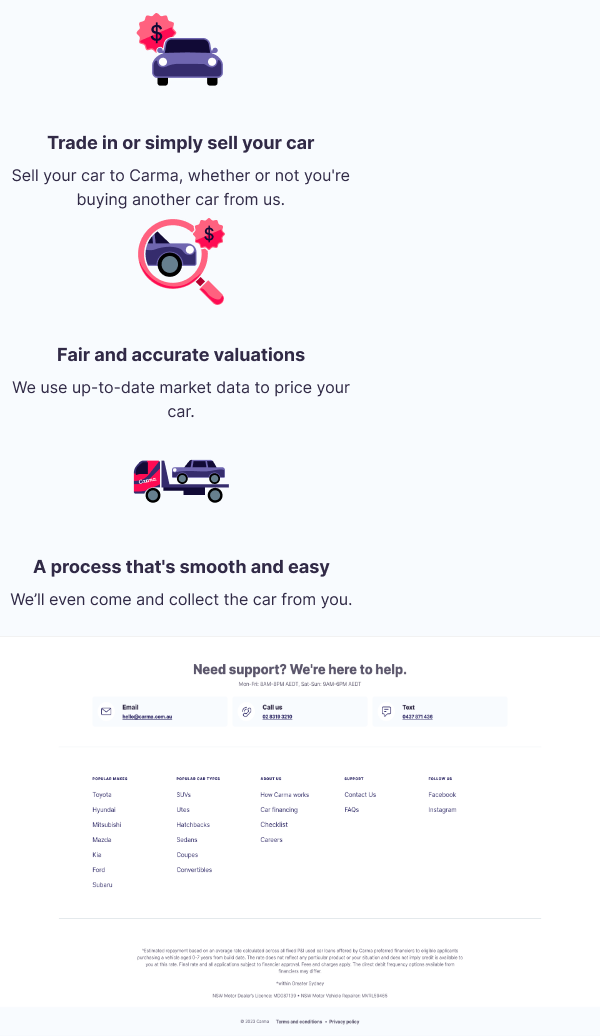
Repository: KHANas02/project
Page: index.html
An editor plug-in stored every save of this project. The page is shown before and after the next save, followed by the edit.
The browser window is 600 px wide. The pictures show the part of the page from y = 500 to 1836 px (the page is 1536 px tall before and 1836 px after).

Above is the page before, as saved 2024-03-31 21:41:33.

After the next save:
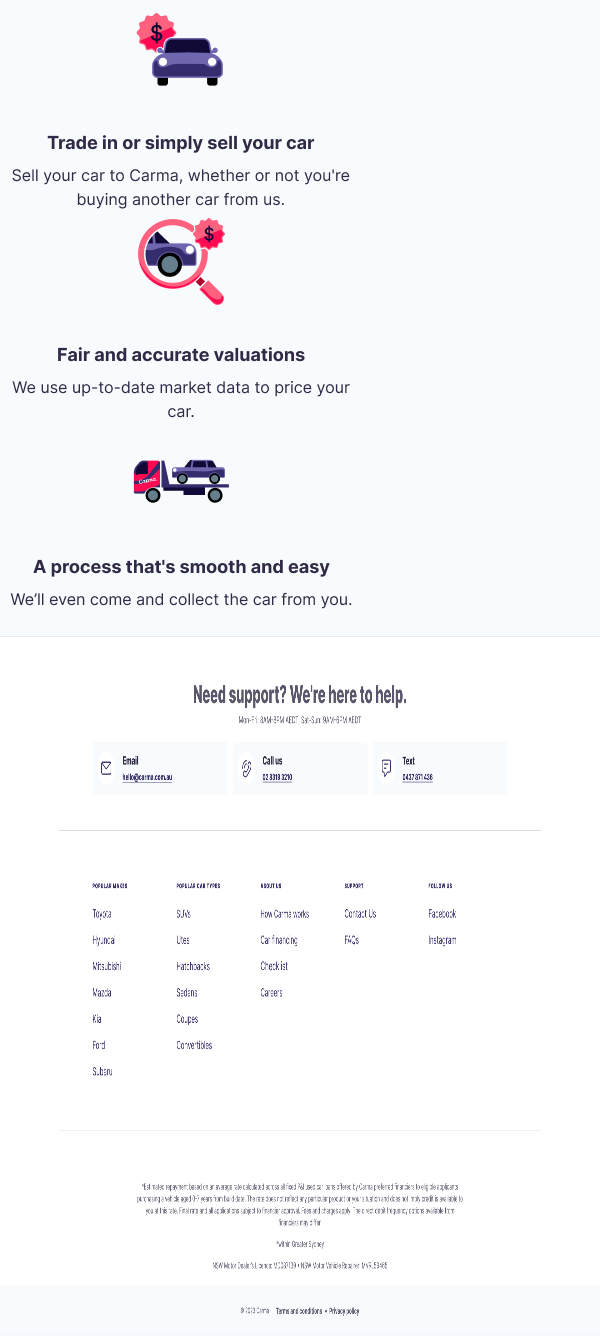
Saved 26 s later.
--- a/media.css
+++ b/media.css
@@ -10,7 +10,7 @@
   }
   .footer1 {
     width: 100%;
-    height: 400px;
+    height: 700px;
 
     background-image: url(footer2.png);
     background-repeat: no-repeat;
